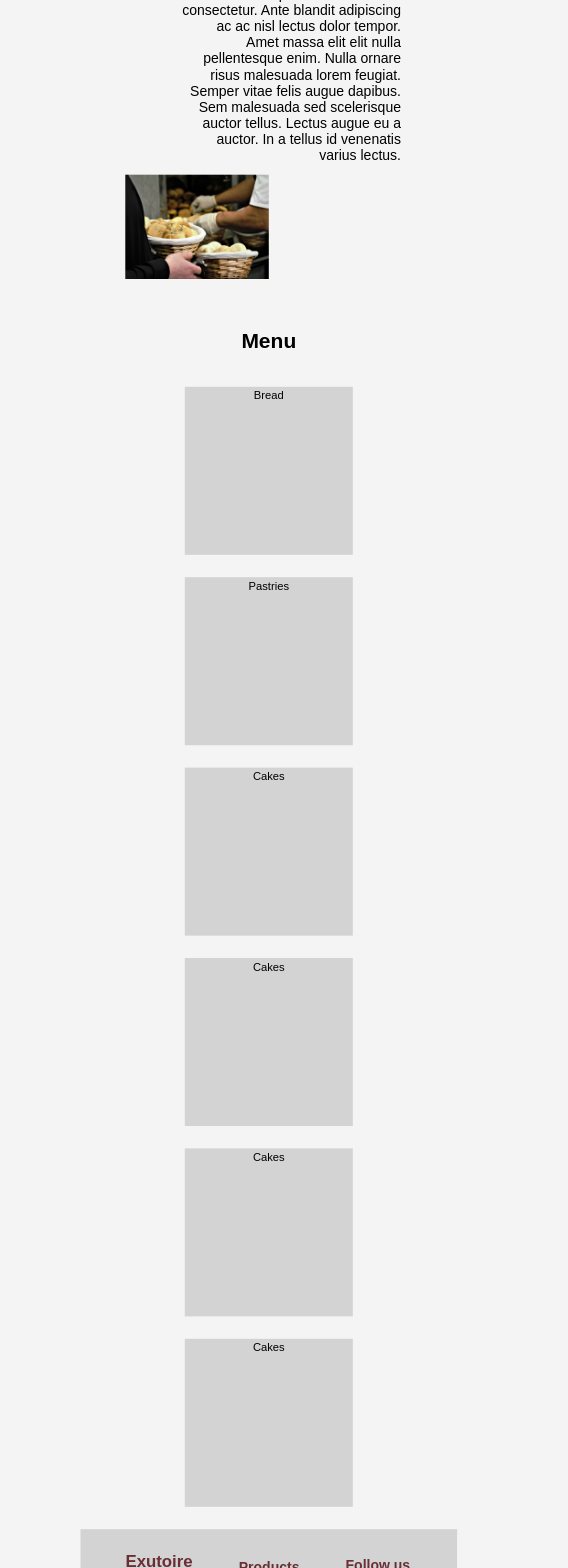
Repository: MelissaJacobi/COMP3170-final-proj
Page: /
The author's editor kept a copy of each file at every save. The page is drawn from the files as they stood at one save, then again after the next save.
The browser window is 768 px wide. The page is 811 px wide, so the pictures cover 811 px, including what lies to the right of the window. The pictures show the part of the page from y = 821 to 3061 px (the page is 3366 px tall before and 3515 px after), at 70% of full size.
The project was rebuilt for these pictures with package versions that can differ from the ones it lists, and the page was loaded fresh each time. Also part of the build but not shown: vite.config.js, src/pages/Menu.module.css, src/pages/Menu.jsx, src/components/Product.module.css, src/components/product.jsx, src/pages/Bread.module.css, src/pages/Bread.jsx, src/pages/Pastries.jsx and 3 more.

Above is the page before, as saved 2024-10-07 21:07:00.

After the next save:
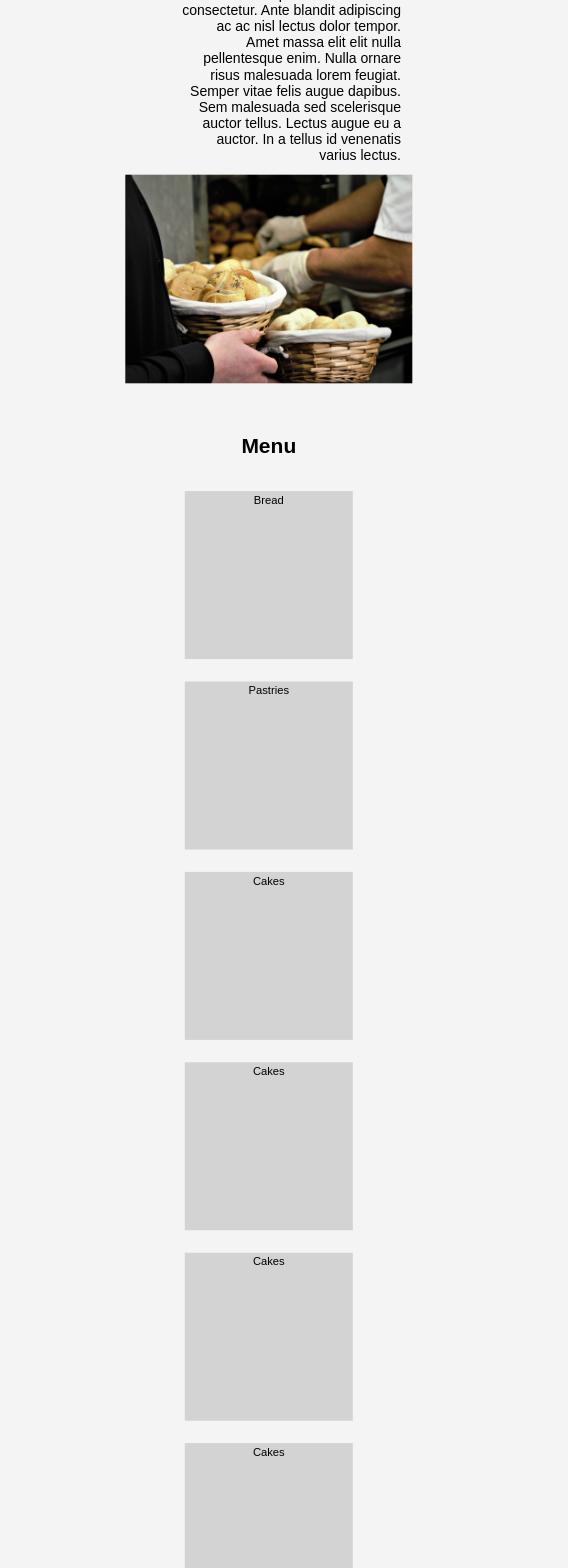
Saved 33 s later.
--- a/src/components/Vision.module.css
+++ b/src/components/Vision.module.css
@@ -50,4 +50,7 @@
     .visionText {
         width: 100%;
     }
+    .visionPic {
+        width: 100%;
+    }
   }
